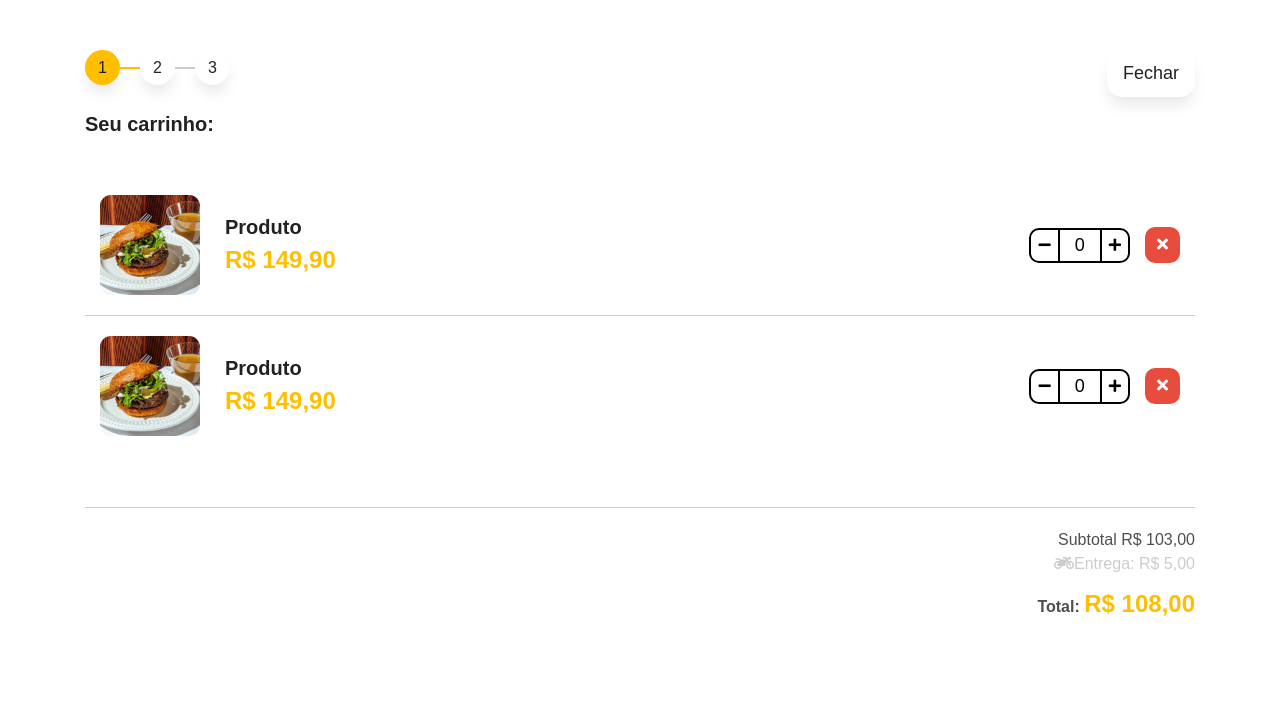
Repository: darkness318/restaraunt
Page: index.html
The author's editor kept a copy of each file at every save. The page is drawn from the files as they stood at one save, then again after the next save.
The browser window is 1280 px wide. The pictures show the window.
A layer covers the whole window, so only the first screen is drawn.

Above is the page before, as saved 2024-10-01 10:19:37.
Console error: TypeError: Cannot read properties of undefined (reading 'fn')

After the next save:
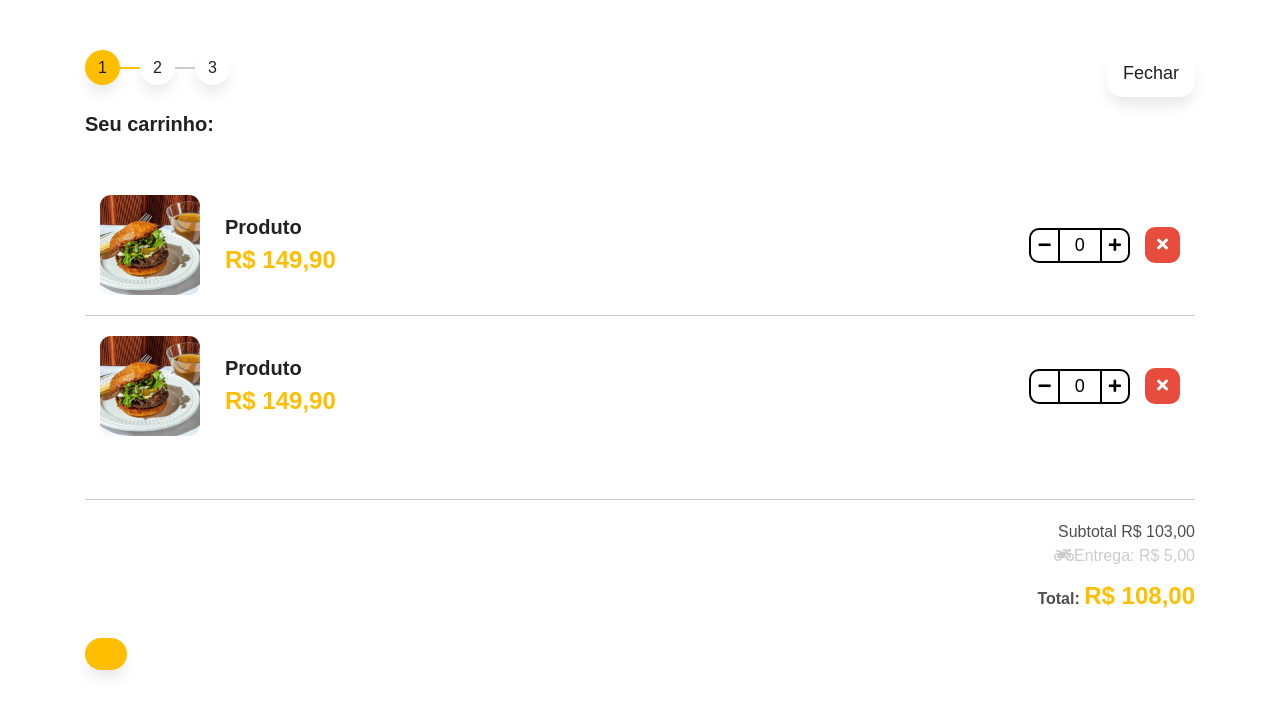
Saved 2 s later.
--- a/index.html
+++ b/index.html
@@ -533,7 +533,7 @@
               <span class="valor-total" id="lblValorTotal"><b>R$ 108,00</b></span>
             </p>
           </div>
-          <a class="btn btn-yellow</a>
+          <a class="btn btn-yellow </a>
         </div>
       </div>
     </div>

After the save that followed:
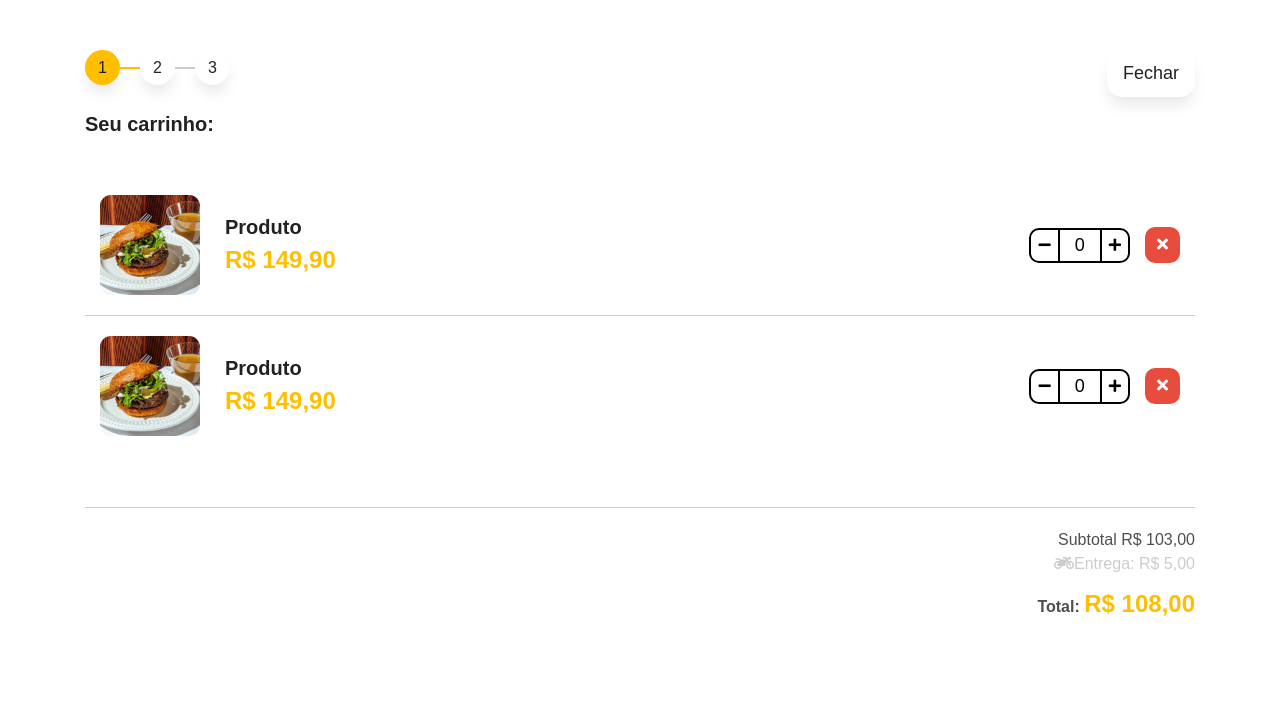
Saved 68 s later.
--- a/index.html
+++ b/index.html
@@ -533,7 +533,7 @@
               <span class="valor-total" id="lblValorTotal"><b>R$ 108,00</b></span>
             </p>
           </div>
-          <a class="btn btn-yellow </a>
+          <a class="btn btn-yellow> </a>
         </div>
       </div>
     </div>
